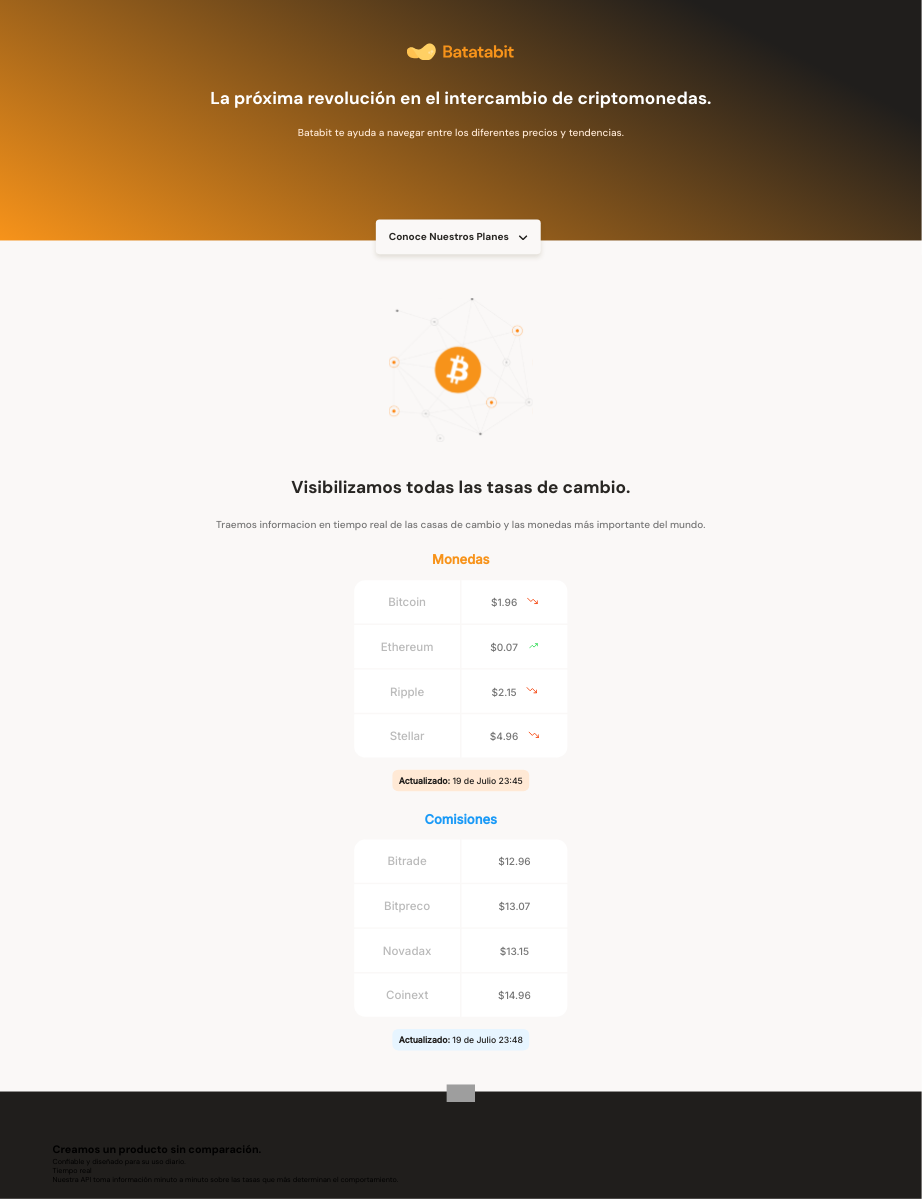
Repository: EnzoSz/Mobile-First
Page: index.html
These files come from the project's save history. The page is drawn as it stood at one moment and after the next save; the edit follows.
The browser window is 1280 px wide. The pictures show the whole page, at 72% of full size.
Pictures or frames that could not be fetched are drawn as grey boxes.

Above is the page before, as saved 2021-01-29 17:42:56.

After the next save:
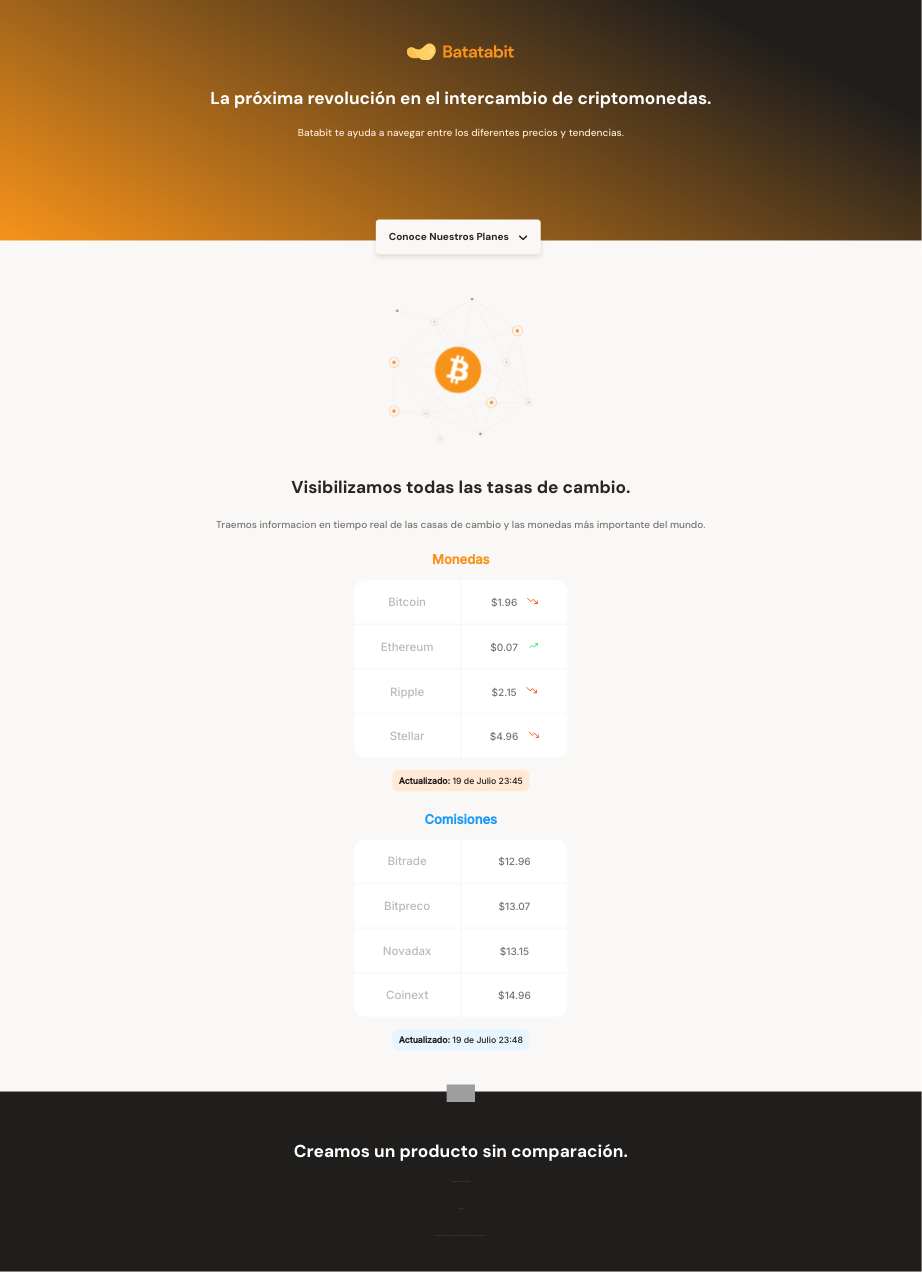
Saved 5 min 29 s later.
--- a/estilos.css
+++ b/estilos.css
@@ -262,4 +262,19 @@
     height: auto;
     margin: 0 auto;
     margin-top: 50px;
-}
+    text-align: center;
+}
+.product-detail--title h2 {
+    margin-bottom: 20px;
+    font-size: 2.4rem;
+    font-weight: bold;
+    line-height: 2.6rem;
+    color: var(--just-white);
+}
+.product-detail--title p {
+    margin-bottom: 20px;
+    font-size: 1.4px;
+    font-weight: 500;
+    line-height: 1.8rem;
+    color: #808080;
+}
